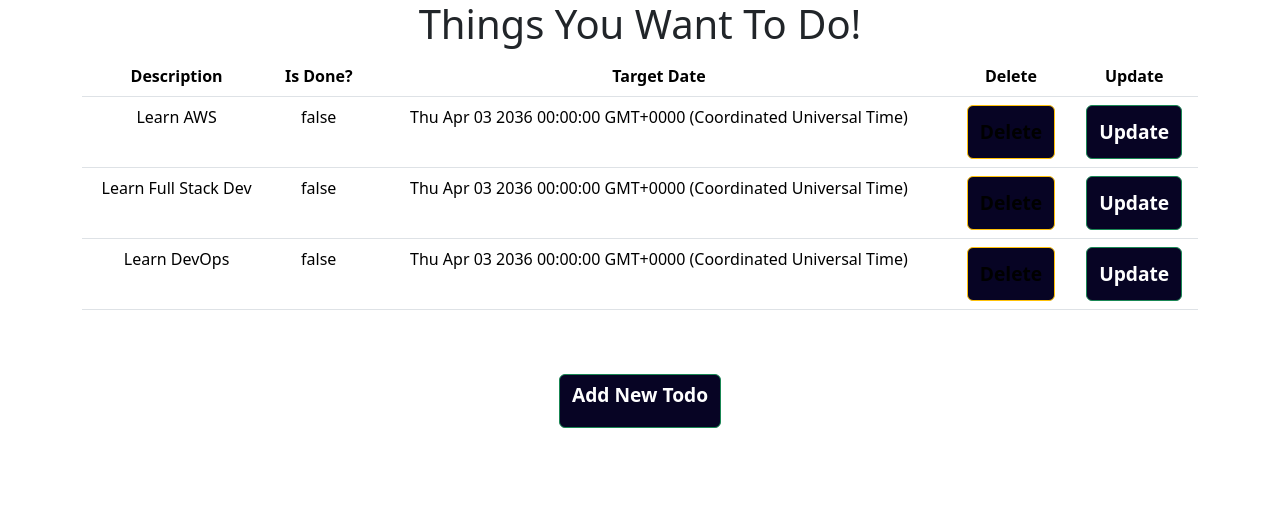
Repository: oboioz/SimpleTodoApp
Page: /todos (app in SimpleTodoAppFrontEnd/todo-app/)
These files come from the project's save history. The page is drawn as it stood at one moment and after the next save; the edit follows.
The browser window is 1280 px wide. The pictures show the whole page.
The project was rebuilt for these pictures with package versions that can differ from the ones it lists, and the page was loaded fresh each time. Also part of the build but not shown: SimpleTodoAppFrontEnd/todo-app/src/components/todo/Login/LoginComponent.jsx, SimpleTodoAppFrontEnd/todo-app/src/components/todo/Welcome/WelcomeStyle.css, SimpleTodoAppFrontEnd/todo-app/src/components/todo/Welcome/WelcomeComponent.jsx, SimpleTodoAppFrontEnd/todo-app/src/components/todo/error/ErrorComponent.jsx, SimpleTodoAppFrontEnd/todo-app/src/components/todo/logout/LogOutComponent.jsx.

Above is the page before, as saved 2024-04-06 16:40:16.

### SimpleTodoAppFrontEnd/todo-app/src/App.js
import 'bootstrap/dist/css/bootstrap.min.css';
import './App.css';
import TodoApp from './components/TodoApp';

function App() {
  return (
    <div className="App">
      <TodoApp />
    </div>
  )
}

export default App;

### SimpleTodoAppFrontEnd/todo-app/src/App.css
.App {
  text-align: center;
}

.App-logo {
  height: 40vmin;
  pointer-events: none;
}

@media (prefers-reduced-motion: no-preference) {
  .App-logo {
    animation: App-logo-spin infinite 20s linear;
  }
}

.App-header {
  background-color: #282c34;
  min-height: 100vh;
  display: flex;
  flex-direction: column;
  align-items: center;
  justify-content: center;
  font-size: calc(10px + 2vmin);
  color: white;
}

.App-link {
  color: #61dafb;
}

@keyframes App-logo-spin {
  from {
    transform: rotate(0deg);
  }
  to {
    transform: rotate(360deg);
  }
}

.btn {
  height: 54px;
  font-size: larger;
  font-weight: bold;
  background-color: #070424;

}

### SimpleTodoAppFrontEnd/todo-app/src/components/TodoApp.jsx
import { BrowserRouter, Route, Routes } from 'react-router-dom';
import LoginComponent from "./todo/Login/LoginComponent";
import WelcomeComponent from "./todo/Welcome/WelcomeComponent";
import ErrorComponent from "./todo/error/ErrorComponent";
import HeaderComponent from './todo/header/HeaderComponent';
import OptionalHeader from './todo/header/OptionalHeader';
import ListTodoComponent from './todo/list-todo/ListTodoComponent';
import LogoutComponent from './todo/logout/LogOutComponent';
import AuthProvider from './todo/security/AuthContext';

export default function TodoApp() {




    return (
        <div className="todo-app">


            <AuthProvider>


                <BrowserRouter>

                    <OptionalHeader>
                        <HeaderComponent />
                    </OptionalHeader>

                    <Routes>
                        <Route path='/' element={<LoginComponent />} />
                        <Route path='/login' element={<LoginComponent />} />
                        <Route path='/welcome/:username' element={<WelcomeComponent />} />
                        <Route path='/todos' element={<ListTodoComponent />} />
                        <Route path='/logout' element={<LogoutComponent />} />


                        <Route path='*' element={<ErrorComponent />} />

                    </Routes>

                    {/* <OptionalFooter>
                        <FooterComponent />
                    </OptionalFooter> */}


                </BrowserRouter>
            </AuthProvider>


        </div>
    )
}

### SimpleTodoAppFrontEnd/todo-app/src/components/todo/header/HeaderComponent.jsx
import { Link } from 'react-router-dom';
import { useAuth } from '../security/AuthContext';
import './HeaderStyle.css';




function HeaderComponent() {

    const authContext = useAuth()

    function logout() {
        authContext.logout()
    }

    return (

        <nav class="navbar navbar-expand-lg">
            <div class="container-fluid">
                <a class="navbar-brand" href="#">Navbar</a>
                <button class="navbar-toggler" type="button" data-bs-toggle="collapse" data-bs-target="#navbarSupportedContent" aria-controls="navbarSupportedContent" aria-expanded="false" aria-label="Toggle navigation">
                    <span class="navbar-toggler-icon"></span>
                </button>
                <div class="collapse navbar-collapse" id="navbarSupportedContent">
                    <ul class="navbar-nav me-auto mb-2 mb-lg-0">
                        <li class="nav-item">
                            <a class="nav-link" href="#">Home</a>
                        </li>
                        <li class="nav-item">
                            <a class="nav-link" href="#">Todos</a>
                        </li>
                    </ul>
                </div>
                <ul className="navbar-nav">
                    <li className="nav-item">
                        <Link className="nav-link" to="/login">Login</Link>
                    </li>
                    <li className="nav-item">
                        <Link className="nav-link" to="/logout" onClick={logout}>Logout</Link>
                    </li>
                </ul>
            </div>
        </nav>

    )
}

export default HeaderComponent

### SimpleTodoAppFrontEnd/todo-app/src/components/todo/header/OptionalHeader.js
import React, { useEffect, useState } from 'react';
import { useLocation } from 'react-router-dom';

const OptionalHeader = ({ children }) => {

    const location = useLocation();

    const [showHeader, setShowHeader] = useState(false)

    useEffect(() => {
        if (location.pathname === '/' || location.pathname === '/login') {
            setShowHeader(false)
        } else {
            setShowHeader(true)
        }
    }, [location])

    return (
        <div>{showHeader && children}</div>
    )
}

export default OptionalHeader

### SimpleTodoAppFrontEnd/todo-app/src/components/todo/list-todo/ListTodoComponent.jsx


function ListTodoComponent() {

    const today = new Date()
    const targetDate = new Date(today.getFullYear() + 12, today.getMonth(), today.getDay())


    const todos = [
        { id: 1, description: 'Learn AWS', done: false, targetDate: targetDate },
        { id: 2, description: 'Learn Full Stack Dev', done: false, targetDate: targetDate },
        { id: 3, description: 'Learn DevOps', done: false, targetDate: targetDate },
    ]

    function addNewTodo() {
        console.log('Add New Todo')
    }

    function deleteTodo() {

    }

    function updateTodo() {

    }

    return (
        <div className="container">
            <h1>Things You Want To Do!</h1>



            <div>
                <table className="table">
                    <thead>
                        <tr>
                            <th>Description</th>
                            <th>Is Done?</th>
                            <th>Target Date</th>
                            <th>Delete</th>
                            <th>Update</th>
                        </tr>
                    </thead>
                    <tbody>
                        {
                            todos.map(
                                todo => (
                                    <tr key={todo.id}>
                                        <td>{todo.description}</td>
                                        <td>{todo.done.toString()}</td>
                                        <td>{todo.targetDate.toString()}</td>
                                        <td> <button className="btn btn-warning"
                                            onClick={() => deleteTodo(todo.id)}>Delete</button> </td>
                                        <td> <button className="btn btn-success"
                                            onClick={() => updateTodo(todo.id)}>Update</button> </td>
                                    </tr>
                                )
                            )
                        }
                    </tbody>

                </table>
            </div>
            <div className="btn btn-success m-5" onClick={addNewTodo}>Add New Todo</div>
        </div>
    )
}

export default ListTodoComponent;

### SimpleTodoAppFrontEnd/todo-app/src/components/todo/security/AuthContext.js
import { createContext, useContext, useState } from "react";

const AuthContext = createContext();
export const useAuth = () => useContext(AuthContext)



export default function AuthProvider({ children }) {

    const [isAuthenticated, setAuthenticated] = useState(false)

    const [username, setUsername] = useState(null)


    function login(username, password) {
        if (username === 'username' && password === 'password') {
            setAuthenticated(true)
            setUsername(username)
            return true
        }
        else {
            setAuthenticated(false)
            setUsername(null)
            return false
        }
    }

    function logout() {
        setAuthenticated(false)
        setUsername(null)
    }

    return (
        <AuthContext.Provider value={{ isAuthenticated, username, login, logout }}>
            {children}
        </AuthContext.Provider>
    );
}

### SimpleTodoAppFrontEnd/todo-app/src/components/todo/Login/LoginStyle.css
@import url('https://fonts.googleapis.com/css2?family=Righteous&display=swap');

.Login .row {
    display: flex;
    justify-content: center;
    align-items: center;
    height: 100vh;
}

.LoginForm {
    display: flex;
    flex-direction: column;
    text-align: left;
    justify-content: left;
    align-items: left;
    margin-top: -8vh;
}

.img {
    width: '100%';
    height: '100%';
    object-fit:'cover';
}

.gradient-background {
    background: linear-gradient(315deg, #130f40 0%, #000000 74%);
    height: 100%;
    display: flex;
    align-items: center;
    justify-content: center;
}

.Logo {
    font-family: 'Righteous', cursive;
    font-size: 3rem;
    color: white;
    margin-bottom: 2rem;
}

.form-control {
    margin-bottom: 1rem;
    height: 3rem;
}

.form-label {
    font-size: larger;
    font-weight: bold;
}

### SimpleTodoAppFrontEnd/todo-app/src/components/todo/header/HeaderStyle.css
@import url('https://fonts.googleapis.com/css2?family=Righteous&display=swap');

.logo {
    font-family: 'Righteous', cursive;
    color: #ffffff
}

/* HeaderStyle.css */

.navbar {
    border-bottom: none;
    position: absolute;
}

.navbar-brand,
.navbar-nav .nav-link {
    color: white;
}

.navbar-toggler {
    border: none;
}

.navbar-toggler-icon {
    background-color: white;
}

.navbar-toggler:focus {
    outline: none;
}

.navbar-nav .nav-item {
    margin-left: 10px; /* Adjust as needed */
}

.nav-link {
    cursor: pointer;
}

/* Active link style */
.navbar-nav .nav-item .nav-link.active {
    font-weight: bold;
    color: white;
}

Loaded but not shown: SimpleTodoAppFrontEnd/todo-app/public/index.html (common file); SimpleTodoAppFrontEnd/todo-app/src/index.js (common file); SimpleTodoAppFrontEnd/todo-app/src/index.css (common file); SimpleTodoAppFrontEnd/todo-app/src/reportWebVitals.js (common file)

After the next save:
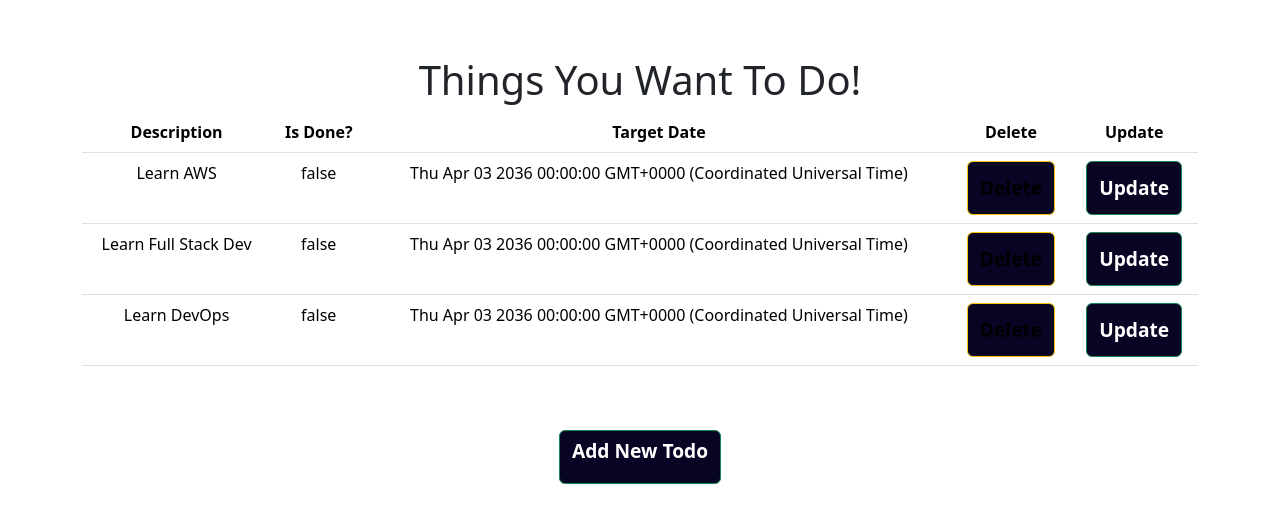
Saved 48 s later.
--- a/SimpleTodoAppFrontEnd/todo-app/src/components/todo/header/HeaderStyle.css
+++ b/SimpleTodoAppFrontEnd/todo-app/src/components/todo/header/HeaderStyle.css
@@ -9,7 +9,7 @@
 
 .navbar {
     border-bottom: none;
-    position: absolute;
+    background: none;
 }
 
 .navbar-brand,
